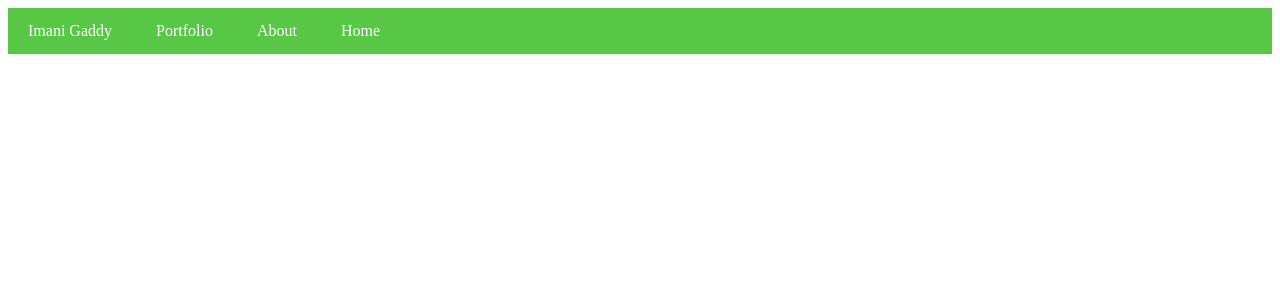
Repository: website-dev-team/website-repo
Page: personal_site/portfolio.html
The author's editor kept a copy of each file at every save. The page is drawn from the files as they stood at one save, then again after the next save.
The browser window is 1280 px wide. The pictures show the whole page.

Above is the page before, as saved 2024-07-13 04:50:13.

After the next save:
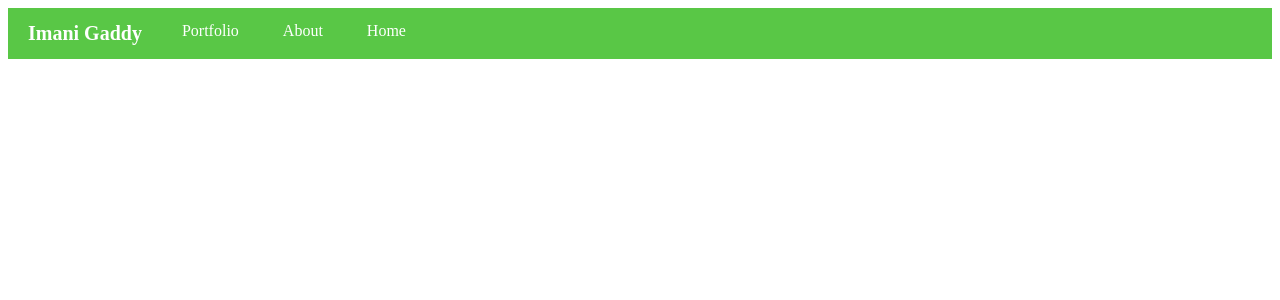
Saved 81 s later.
--- a/personal_site/portfolio.html
+++ b/personal_site/portfolio.html
@@ -9,7 +9,7 @@
 <body>
     <header>
         <nav class="navbar">
-            <a href="#">Imani Gaddy</a>
+            <a class="logo" href="#">Imani Gaddy</a>
             <a href="./portfolio.html" class="nav-item">Portfolio</a>
             <a href="./about.html" class="nav-item">About</a>
             <a href="./home.html" class="nav-item">Home</a>
